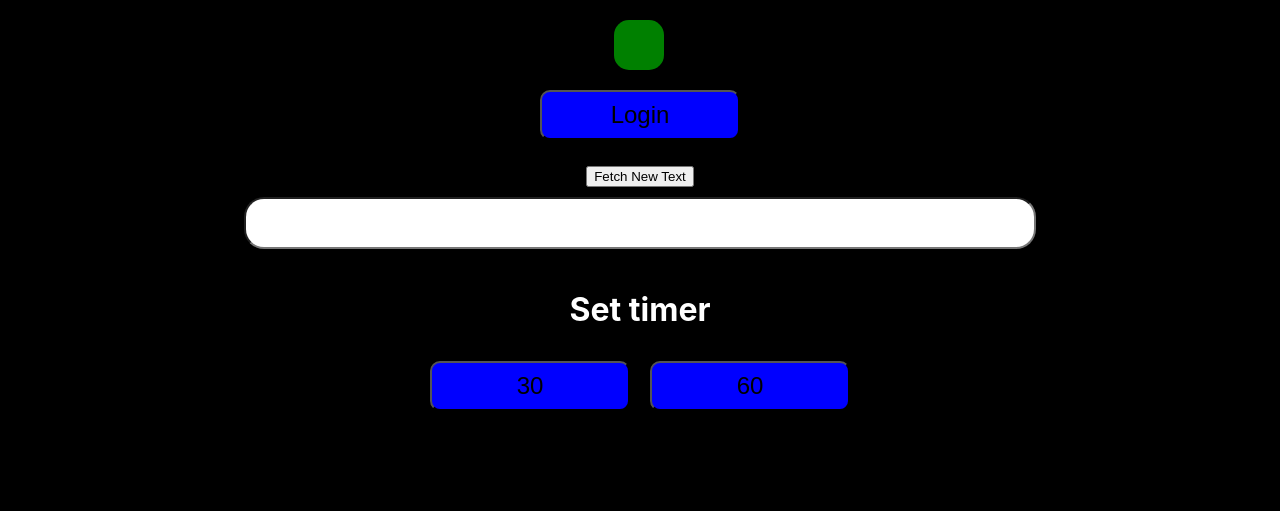
Repository: abhaysharma20233009/swiftKey
Page: / (app in frontend/my-app/)
The author's editor kept a copy of each file at every save. The page is drawn from the files as they stood at one save, then again after the next save.
The browser window is 1280 px wide. The pictures show the whole page.
The page's requests for data from a server got no answer. The project was rebuilt for these pictures with package versions that can differ from the ones it lists, and the page was loaded fresh each time. No one was signed in, and anything a server would have sent is missing. Also part of the build but not shown: frontend/my-app/src/Results.js, frontend/my-app/src/Login.js.

Above is the page before, as saved 2024-10-10 20:38:59.

After the next save:
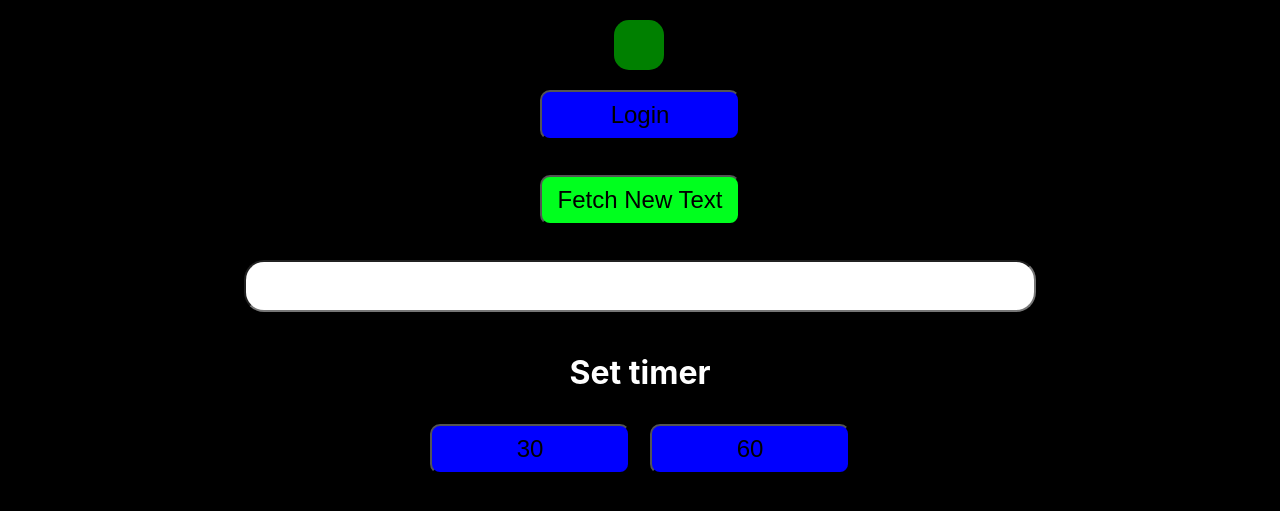
Saved 37 s later.
--- a/frontend/my-app/src/App.css
+++ b/frontend/my-app/src/App.css
@@ -69,6 +69,16 @@ body{
   margin-left:20%;
 }
 
-.log .fc{
-  background-color:green;
+.logs{
+  color:black;
+  margin-left: 10px;
+  margin-right: 10px;
+  background-color: rgb(0, 255, 30);
+  border-radius: 10px;
+  height:50px;
+  width:200px;
+  justify-self: end;
+  font-size: x-large;
+  margin-top:10px;
+  margin-bottom:25px;
 }
